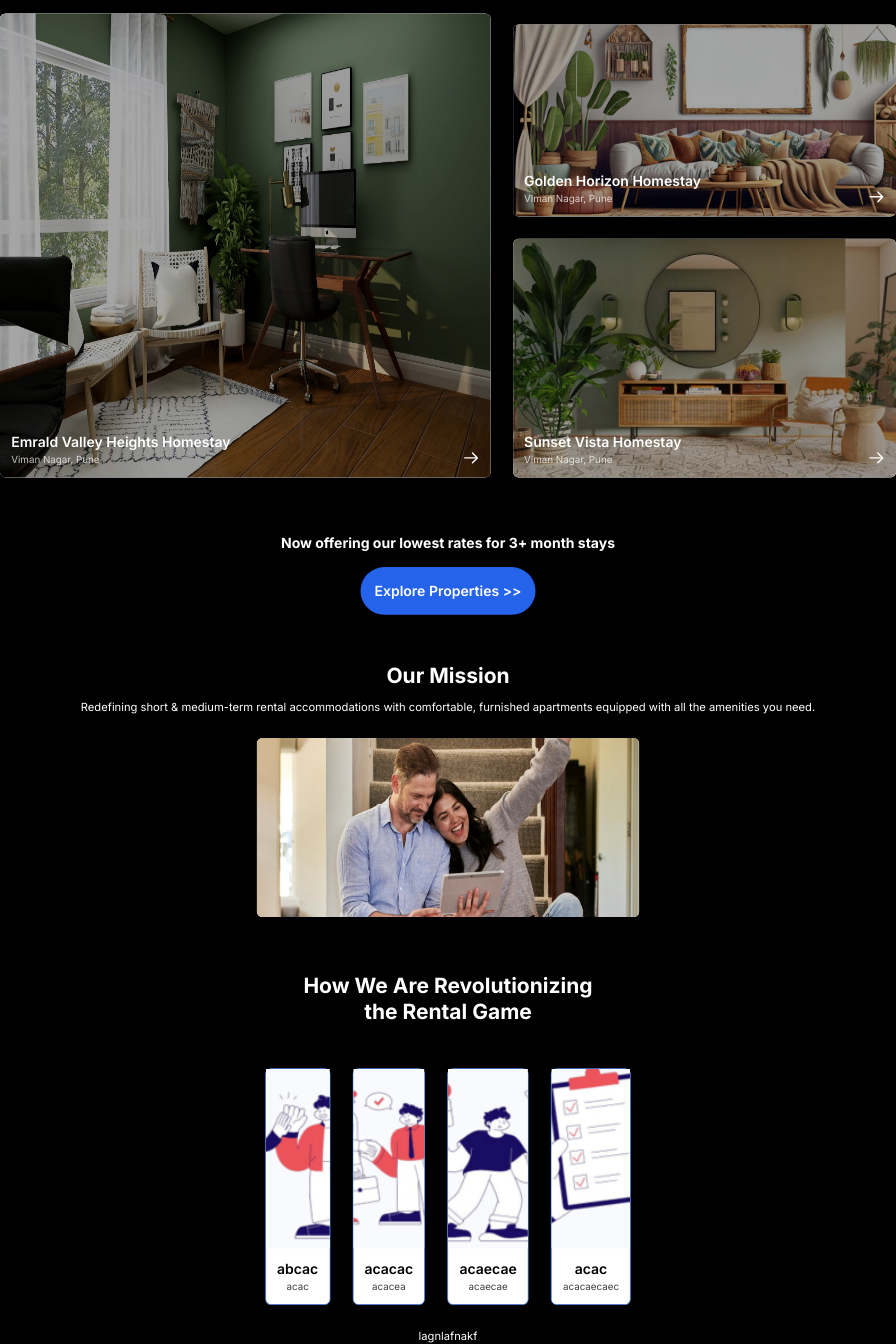
Repository: aditya-jha-kumar/BleisureHosting-V1
Page: /home
An editor plug-in stored every save of this project. The page is shown before and after a run of saves, followed by the edit.
The browser window is 1280 px wide. The pictures show the part of the page from y = 913 to 2833 px (the page is 2833 px tall), at 70% of full size.
The project was rebuilt for these pictures with package versions that can differ from the ones it lists, and the page was loaded fresh each time. The framework's server and built-in components were replaced by stand-ins that run in the browser. Also part of the build but not shown: next.config.mjs.

Above is the page before, as saved 2024-06-12 15:41:33.

### src/app/home/page.tsx
// Home.tsx
"use client";
// Home.tsx

import React from "react";
import Navbar from "@/components/navbar";
import Search from "@/components/Search";
import Hero from "@/components/hero";
import Card from "@/components/card";
import Button from "@/components/button";
import Card2 from "@/components/Card2";

export default function Home() {
  return (
    <div className="relative min-h-screen flex flex-col justify-center items-center">
      {/* Navbar */}
      <Navbar
        logoSrc="/logo.png"
        logoAlt=""
        option1="Place to stay"
        option2="Experience"
        option3="Nearby"
        option4="Contact"
        button1Label="Become a partner"
        button2Label="Sign up"
      />

      {/* Hero section */}
      <div className="relative rounded overflow-hidden flex-1">
        <Hero
          logoSrc="/hero.png"
          logoAlt="Your alt text here"
          className="rounded"
        />
        {/* Search component placed on Hero */}
        <div className="absolute inset-0 flex justify-center items-center">
          <Search placeholder="Search" />
        </div>
      </div>

      {/* Additional content */}
      <div className="flex flex-col items-center justify-center text-center mt-8 md:mt-12 px-4">
        <h1 className="text-3xl font-bold">Welcome to the future</h1>
        <p className="mt-4">
          Discover peace of mind, flexibility, and confidence for your next
          adventure - whether it's a new job, a temporary home, medical
          relocation, or travel cravings - with the ease and comfort of a
          Bleisure home
        </p>
      </div>

      {/* Cards */}
      <div className="flex justify-center mt-8 space-x-4 md:space-x-8">
        <Card
          imageSrc="/card1.png"
          largeText="Emrald Valley Heights Homestay"
          smallText="Viman Nagar, Pune"
          showOverlay
          showArrow
        />
        <div className="md:mt-4">
          {/* Add margin top for medium screens */}
          <Card
            imageSrc="/card2.png"
            largeText="Golden Horizon Homestay"
            smallText="Viman Nagar, Pune"
            showOverlay
            showArrow
          />
          <Card
            imageSrc="/card3.png"
            largeText="Sunset Vista Homestay"
            smallText="Viman Nagar, Pune"
            showOverlay
            showArrow
          />
        </div>
      </div>

      {/* Additional content */}
      <div className="flex flex-col items-center justify-center text-center mt-8 md:mt-12 px-4">
        <h1 className="text-xl font-bold">
          Now offering our lowest rates for 3+ month stays
        </h1>
        <Button text="Explore Properties >>" />
      </div>

      {/* Our Mission */}
      <div className="flex flex-col items-center justify-center text-center mt-8 md:mt-12 px-4">
        <h1 className="text-3xl font-bold">Our Mission</h1>
        <p className="mt-4">
          Redefining short & medium-term rental accommodations with comfortable,
          furnished apartments equipped with all the amenities you need.
        </p>
        <Card
          imageSrc="our-mission.png"
          largeText=""
          smallText=""
          smallSize // Pass this prop to decrease the size
        />
      </div>
      {/* revolutionizing */}
      <div>
        <div className="flex flex-col items-center justify-center text-center mt-8 md:mt-12 px-4">
          <h1 className="text-3xl font-bold">
            How We Are Revolutionizing <br /> the Rental Game
          </h1>
        </div>
      </div>
      <div className="flex justify-center mt-8 space-x-4 md:space-x-8">
        <Card2 imageSrc="/a1.png" largeText="abcac" smallText="acac" />
        <Card2 imageSrc="/a2.png" largeText="acacac" smallText="acacea" />
        <Card2 imageSrc="/a3.png" largeText="acaecae" smallText="acaecae" />
        <Card2 imageSrc="/a4.png" largeText="acac" smallText="acacaecaec" />
      </div>
      <div>
        <h1>lagnlafnakf</h1>
      </div>
    </div>
  );
}

### src/components/navbar.tsx
"use client"
import { useState } from "react";
import Link from "next/link";

interface NavbarProps {
  logoSrc: string;
  logoAlt: string;
  option1: string;
  option2: string;
  option3: string;
  option4: string;
  button1Label: string;
  button2Label: string;
}

const Navbar = ({
  logoSrc,
  logoAlt,
  option1,
  option2,
  option3,
  option4,
  button1Label,
  button2Label,
}: NavbarProps) => {
  const [isMenuOpen, setIsMenuOpen] = useState(false);

  const toggleMenu = () => {
    setIsMenuOpen(!isMenuOpen);
  };

  return (
    <nav className="bg-white dark:bg-white fixed w-full z-20 top-0 start-0 border-b">
      <div className="max-w-screen-xl flex flex-wrap items-center justify-between mx-auto p-4">
        <Link
          className="flex items-center space-x-3 rtl:space-x-reverse cursor-pointer"
          href="/"
        >
          <img src={logoSrc} className="h-8" alt={logoAlt} />
          <span className="self-center text-2xl font-semibold whitespace-nowrap dark:text-black">
            {logoAlt}
          </span>
        </Link>
        <div className="flex md:order-2 space-x-3 md:space-x-0 rtl:space-x-reverse">
          <button
            type="button"
            className="text-black bg-white border-black border-2 focus:ring-4 font-medium rounded-lg text-sm px-4 py-2 text-center transition duration-300 ease-in-out hover:bg-black hover:text-white hover:border-gray-800"
          >
            {button1Label}
          </button>

          <span className="px-2 py-2">|</span>
          <button
            type="button"
            className="text-white bg-blue-700 hover:bg-blue-800 focus:ring-4 focus:outline-none focus:ring-blue-300 font-medium rounded-lg text-sm px-4 py-2 text-center dark:bg-blue-600 dark:hover:bg-blue-700 dark:focus:ring-blue-800 transition duration-300 ease-in-out"
          >
            {button2Label}
          </button>

          <button
            data-collapse-toggle="navbar-sticky"
            type="button"
            className="inline-flex items-center p-2 w-10 h-10 justify-center text-sm text-gray-500 rounded-lg md:hidden hover:bg-gray-100 focus:outline-none focus:ring-2 focus:ring-gray-200 dark:text-gray-400 dark:hover:bg-gray-700 dark:focus:ring-gray-600 transition duration-300 ease-in-out"
            aria-controls="navbar-sticky"
            aria-expanded="false"
            onClick={toggleMenu}
          >
            <span className="sr-only">Open main menu</span>
            <svg
              className="w-5 h-5"
              aria-hidden="true"
              xmlns="http://www.w3.org/2000/svg"
              fill="none"
              viewBox="0 0 17 14"
            >
              <path
                stroke="currentColor"
                strokeLinecap="round"
                strokeLinejoin="round"
                strokeWidth="2"
                d="M1 1h15M1 7h15M1 13h15"
              />
            </svg>
          </button>
        </div>
        <div
          className={`items-center justify-between w-full md:flex md:w-auto md:order-1 ${
            isMenuOpen ? "block" : "hidden"
          }`}
          id="navbar-sticky"
        >
          <ul className="flex flex-col p-4 md:p-0 mt-4 font-medium border border-gray-100 rounded-lg bg-gray-50 md:space-x-8 rtl:space-x-reverse md:flex-row md:mt-0 md:border-0 md:bg-white">
            <li>
              <Link
                className="block py-2 px-3 text-gray-900 rounded hover:bg-gray-100 md:hover:bg-transparent md:hover:text-blue-700 md:p-0 md:dark:hover:text-blue-500 dark:text-black dark:hover:bg-gray-700 dark:hover:text-black md:dark:hover:bg-transparent dark:border-gray-700 transition duration-300 ease-in-out"
                aria-current="page"
                href="/placetostay"
              >
                {option1}
              </Link>
            </li>
            <li>
              <Link
                className="block py-2 px-3 text-gray-900 rounded hover:bg-gray-100 md:hover:bg-transparent md:hover:text-blue-700 md:p-0 md:dark:hover:text-blue-500 dark:text-black dark:hover:bg-gray-700 dark:hover:text-black md:dark:hover:bg-transparent dark:border-gray-700 transition duration-300 ease-in-out"
                href="/about"
              >
                {option2}
              </Link>
            </li>
            <li>
              <Link
                className="block py-2 px-3 text-gray-900 rounded hover:bg-gray-100 md:hover:bg-transparent md:hover:text-blue-700 md:p-0 md:dark:hover:text-blue-500 dark:text-black dark:hover:bg-gray-700 dark:hover:text-black md:dark:hover:bg-transparent dark:border-gray-700 transition duration-300 ease-in-out"
                href="/services"
              >
                {option3}
              </Link>
            </li>
            <li>
              <Link
                className="block py-2 px-3 text-gray-900 rounded hover:bg-gray-100 md:hover:bg-transparent md:hover:text-blue-700 md:p-0 md:dark:hover:text-blue-500 dark:text-black dark:hover:bg-gray-700 dark:hover:text-black md:dark:hover:bg-transparent dark:border-gray-700 transition duration-300 ease-in-out"
                href="/contact"
              >
                {option4}
              </Link>
            </li>
          </ul>
        </div>
      </div>
    </nav>
  );
};

export default Navbar;

### src/components/Search.tsx
"use client";
import React from "react";

interface SearchProps {
  placeholder: string;
}

const Search = ({ placeholder }: SearchProps) => {
  return (
    <div className="relative">
      <input
        type="text"
        placeholder={placeholder}
        className="w-full h-12 px-4 py-2 rounded-lg border border-gray-300 focus:outline-none focus:border-blue-500"
      />
      <button className="absolute inset-y-0 right-0 flex items-center px-4 bg-blue-500 text-white rounded-r-lg">
        Search
      </button>
    </div>
  );
};

export default Search;

### src/components/hero.tsx
"use client";
import React from "react";

interface HeroProps {
  logoSrc: string;
  logoAlt: string;
  className?: string; // Make className optional
}

const Hero = ({ logoSrc, logoAlt, className }: HeroProps) => {
  return (
    <div className={className}>
      <div>
        <img src={logoSrc} alt={logoAlt} />
      </div>
    </div>
  );
};

export default Hero;

### src/components/card.tsx
"use client";
import React from "react";

interface CardProps {
  imageSrc: string;
  largeText: string;
  smallText: string;
  showOverlay?: boolean; // Optional prop to show/hide overlay
  showArrow?: boolean; // Optional prop to show/hide arrow
  smallSize?: boolean; // Optional prop to decrease card size
}

const Card = ({
  imageSrc,
  largeText,
  smallText,
  showOverlay = false,
  showArrow = false,
  smallSize = false,
}: CardProps) => {
  return (
    <div
      className={`relative bg-white rounded-lg shadow-md overflow-hidden group my-8 ${
        smallSize ? "w-250 h-64" : "w-full h-auto"
      }`}
    >
      {/* Image */}
      <div className="w-full h-full relative">
        <img src={imageSrc} alt="Card" className="w-full h-full" />
        {/* Black overlay */}
        {showOverlay && (
          <div className="absolute inset-0 bg-black opacity-35 rounded-lg"></div>
        )}
      </div>

      {/* Large Text */}
      <div className="absolute bottom-0 left-0 p-4">
        <h2 className="text-xl font-semibold text-white">{largeText}</h2>
        <p className="text-sm text-white opacity-75">{smallText}</p>
      </div>

      {/* Arrow Icon */}
      {showArrow && (
        <div className="absolute bottom-0 right-0 p-4">
          <svg
            xmlns="http://www.w3.org/2000/svg"
            className="h-6 w-6 text-white"
            fill="none"
            viewBox="0 0 24 24"
            stroke="currentColor"
          >
            <path
              strokeLinecap="round"
              strokeLinejoin="round"
              strokeWidth={2}
              d="M14 5l7 7m0 0l-7 7m7-7H3"
            />
          </svg>
        </div>
      )}
    </div>
  );
};

export default Card;

### src/components/button.tsx
import React from "react";

interface ButtonProps {
  text: string;
  onClick?: () => void;
  disabled?: boolean;
}

const Button = ({ text, onClick, disabled = false }: ButtonProps) => {
  return (
    <button
      type="button"
      onClick={onClick}
      disabled={disabled}
      className={`py-5 px-5 my-5 text-xl inline-flex items-center gap-x-2 font-semibold rounded-full ${
        disabled
          ? "opacity-50 cursor-not-allowed"
          : "bg-blue-600 text-white hover:bg-blue-700"
      }`}
    >
      {text}
    </button>
  );
};

export default Button;

### src/components/Card2.tsx
// Card2.tsx
"use client";
import React from "react";

interface CardProps {
  imageSrc: string;
  largeText: string;
  smallText: string;
}

const Card2 = ({ imageSrc, largeText, smallText }: CardProps) => {
  return (
    <div className="relative w-50 h-auto bg-white border border-blue-500 rounded-lg shadow-md my-8">
      {/* Background Image */}
      <div
        className="w-full h-64 bg-cover bg-center"
        style={{ backgroundImage: `url(${imageSrc})` }}
      />

      {/* Content */}
      <div className="p-4 text-center text-black">
        <h2 className="text-xl font-semibold">{largeText}</h2>
        <p className="text-sm opacity-75">{smallText}</p>
      </div>
    </div>
  );
};

export default Card2;

### tailwind.config.ts
module.exports = {
  content: [
    "./src/pages/**/*.{js,ts,jsx,tsx}",
    "./src/components/**/*.{js,ts,jsx,tsx}",
    "./src/app/**/*.{js,ts,jsx,tsx}",
    "node_modules/preline/dist/*.js",
  ],
  theme: {
    extend: {
      backgroundImage: {
        "gradient-radial": "radial-gradient(var(--tw-gradient-stops))",
        "gradient-conic":
          "conic-gradient(from 180deg at 50% 50%, var(--tw-gradient-stops))",
      },
    },
  },
  plugins: [require("preline/plugin")],
};

Loaded but not shown: src/app/layout.tsx (common file); src/app/globals.css (common file)

After the next 3 saves:
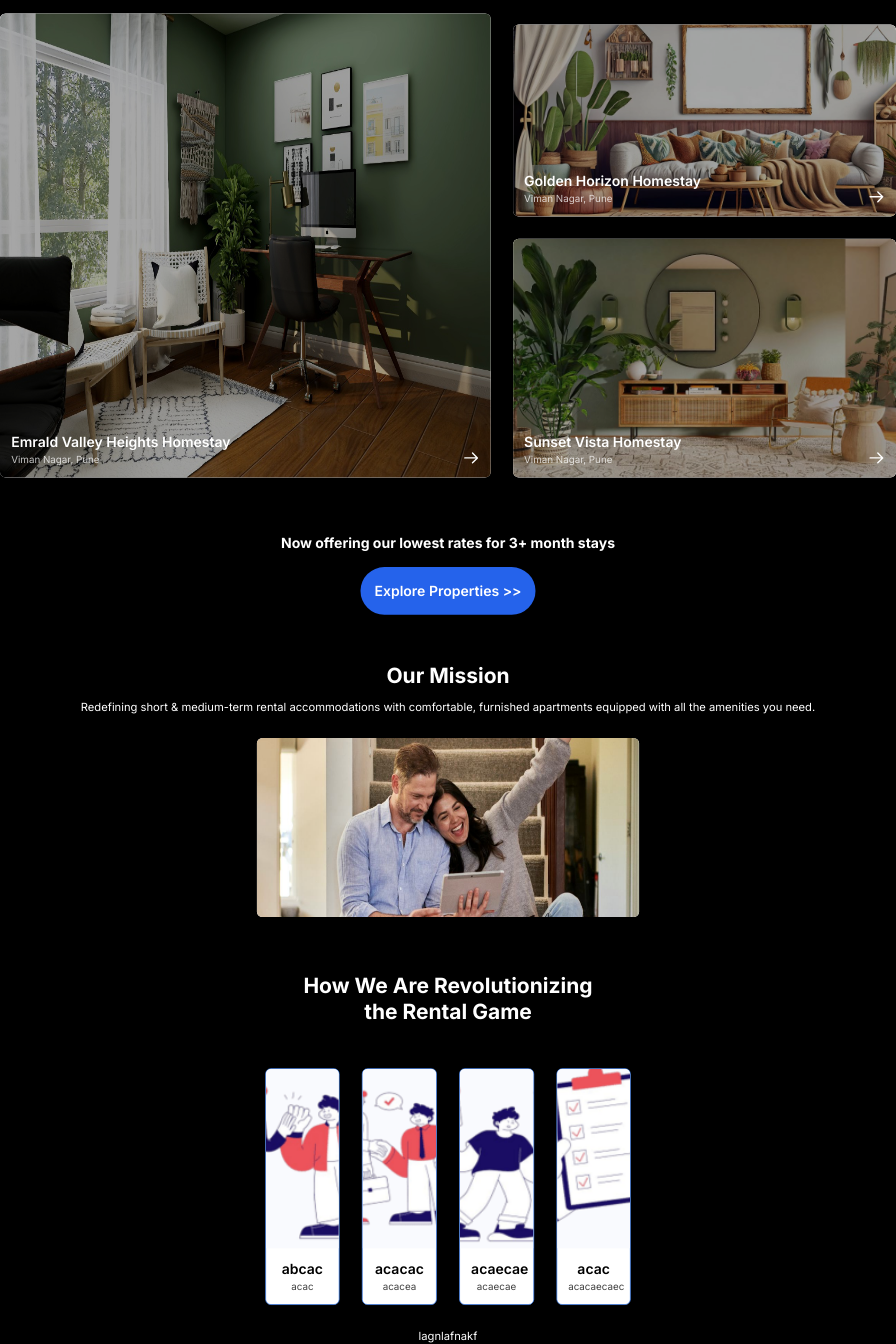
The 3 saves are shown as one change because they came seconds apart.
The last was saved 8 s later.
--- a/src/components/Card2.tsx
+++ b/src/components/Card2.tsx
@@ -10,7 +10,7 @@ interface CardProps {
 
 const Card2 = ({ imageSrc, largeText, smallText }: CardProps) => {
   return (
-    <div className="relative w-50 h-auto bg-white border border-blue-500 rounded-lg shadow-md my-8">
+    <div className="relative w-full h-auto bg-white border border-blue-500 rounded-lg shadow-md overflow-hidden my-8">
       {/* Background Image */}
       <div
         className="w-full h-64 bg-cover bg-center"
